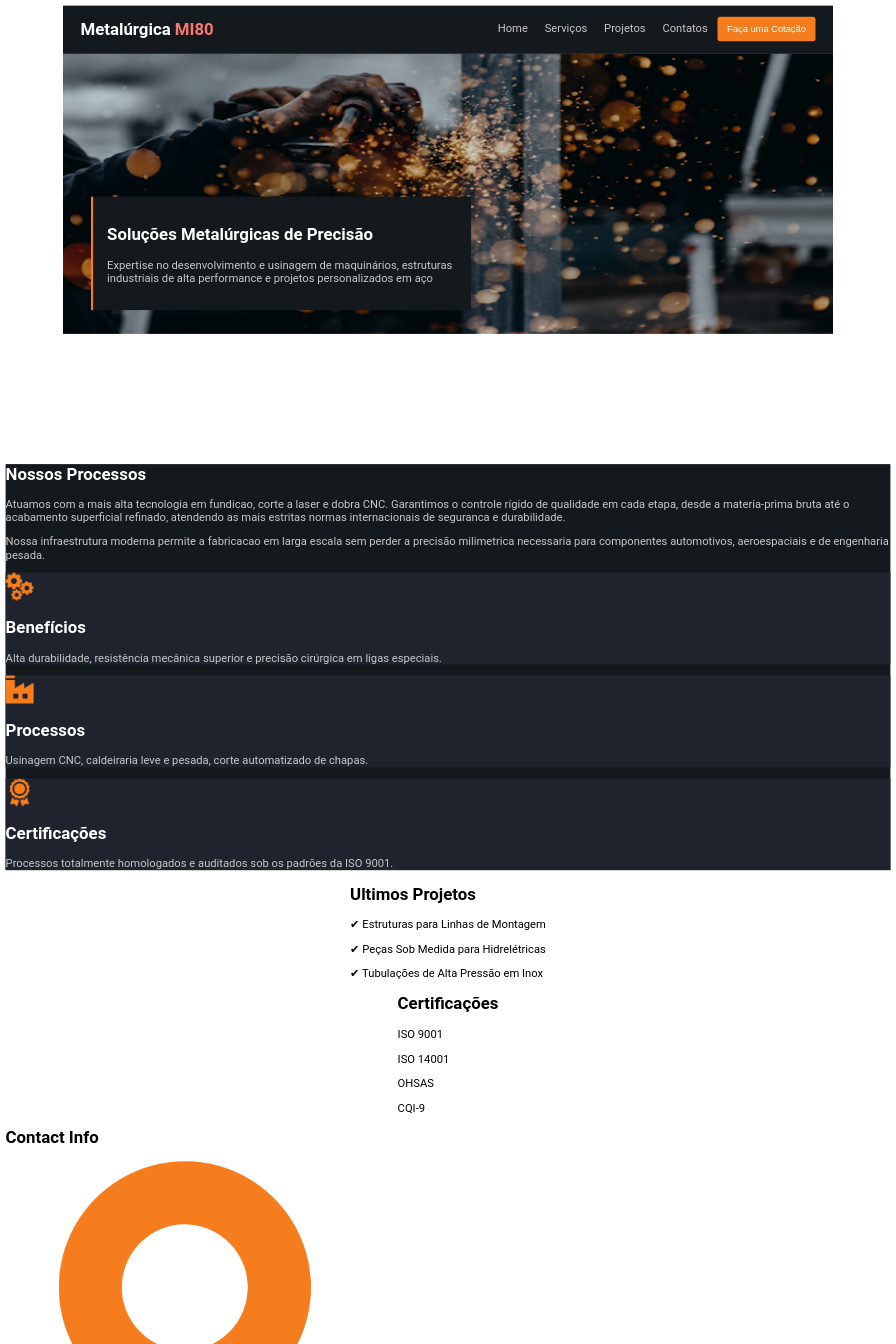
Repository: guiCherpinski/landing-page-metalurgica
Page: index.html
These files come from the project's save history. The page is drawn as it stood at one moment and after the next save; the edit follows.
The browser window is 1280 px wide. The pictures show the part of the page from y = 0 to 1920 px (the page is 4609 px tall), at 70% of full size.

Above is the page before, as saved 2026-06-03 20:13:15.

### index.html
<!DOCTYPE html>
<html lang="pt-br">
<head>
    <meta charset="UTF-8">
    <meta name="viewport" content="width=device-width, initial-scale=1.0">
    <title>Metalúrgica</title>
    <link rel="stylesheet" href="style.css">
</head>
<body>
    <header>
        <nav>
            <h1>Metalúrgica <span>MI80</span></h1>

            <div class = "buttons">
                <a href="/">Home</a>
                <a href="/">Serviços</a>
                <a href="/">Projetos</a>
                <a href="/">Contatos</a>
                <button>Faça uma Cotação</button>
            </div>
        </nav>
    </header>

    <main>
        <section class = "hero-section">
            <img src="./img/homem-serrando.png" alt="Foto de um Soldador">
            <div class = "text-hero">
                <h2>Soluções Metalúrgicas de Precisão</h2>
                <p>Expertise no desenvolvimento e usinagem de maquinários, estruturas industriais de alta performance e projetos personalizados em aço</p>
            </div>
        </section>
    </main>

    <section class = "our-process">

        <h2>Nossos Processos</h2>

        <p>Atuamos com a mais alta tecnologia em fundicao, corte a laser e dobra CNC. Garantimos o
            controle rígido de qualidade em cada etapa, desde a materia-prima bruta até o acabamento
            superficial refinado, atendendo as mais estritas normas internacionais de seguranca e
            durabilidade.
        </p>

        <p>Nossa infraestrutura moderna permite a fabricacao em larga escala sem perder a precisão
            milimetrica necessaria para componentes automotivos, aeroespaciais e de engenharia
            pesada.
        </p>


        <article class = "article-benefits">
            <img src="./img/settings-gears.png" alt="Icone de engrenagens">
            <h2>Benefícios</h2>
            <p>Alta durabilidade, resistência mecânica superior e precisão cirúrgica em ligas especiais.</p>
        </article>

        <article class = "article-process">
            <img src="./img/industry.png" alt="Icone de industria">
            <h2>Processos</h2>
            <p>Usinagem CNC, caldeiraria leve e pesada, corte automatizado de chapas.</p>
        </article>

        <article class = "article-certificates">
            <img src="./img/medal.png" alt="Icone de medalha">
            <h2>Certificações</h2>
            <p>Processos totalmente homologados e auditados sob os padrões da ISO 9001.</p>
        </article>
    </section>

    <section class = "last-projects">
        <h2>Ultimos Projetos</h2>
        <p>✔ Estruturas para Linhas de Montagem </p>
        <p>✔ Peças Sob Medida para Hidrelétricas</p>
        <p>✔ Tubulações de Alta Pressão em Inox</p>
    </section>

    <section class = "certificates">
        <h2>Certificações</h2>
        <p>ISO 9001</p>
        <p>ISO 14001</p>
        <p>OHSAS</p>
        <p>CQI-9</p>
    </section>


    <footer class = "rodape">
        <section>
            <h2>Contact Info</h2>

            <article>
                <img src="./img/placeholder.png" alt="Icone pin">
                <p>Setor Industrial, Galpão 04</p>
            </article>

            <article>
                <img src="./img/phone-call.png" alt="Icone de telefone">
                <p>(31) 6553-3352</p>
            </article>

            <article>
                <img src="./img/email.png" alt="Icone email">
                <p>contato@metalurgica-exemplo.com</p>
            </article>
        </section>

        <section>
            <h2>Quick Links</h2>
            <p>Política de Privacidade</p>
            <p>Trabalhe Conosco</p>
            <p>Portal do Cliente</p>
        </section>

        <section>
            <h2>Social Media</h2>
            <img src="./img/linkedin.png" alt="Icone linkedin">
            <img src="./img/instagram.png" alt="Icone instagram">
            <img src="./img/facebook.png" alt="Icone facebook">
            <img src="./img/youtube.png" alt="Icone youtube">
        </section>
    </footer>


</body>
</html>

### style.css
body{
    font-family: 'Roboto' , sans-serif;
    justify-items: center;
    /*background: #0A0A14;*/
}

header{
    background: #14191E;
    width: 1100px;
    border-bottom: 1px solid #2D2929;
}

header h1{
    color: white;
}

header h1 span {
    color: #FA776E;
}

header nav {
    display: flex;
    align-items: center;
    justify-content: space-between;
    margin-left: 25px;
    margin-right: 25px;
}

header nav a {
    margin-left: 10px;
    margin-right: 10px;
    text-decoration: none;
    color: #C8C8C8;
}


header button {
    width:140px;
    height: 35px;
    background: #F57D1E;
    border: none;
    border-radius: 4px;
    color: white;
}

header button:hover{
    cursor: pointer;
    background:#CC5500;
}

.hero-section img{
    width: 1100px;
    height: 400px;
}

.text-hero{
    background: #14191E;
    border-left: 3px solid #F57D1E;
    width: 500px;
    padding: 20px;
    position: relative;
    bottom: 200px;
    left: 40px;
}

.text-hero h2{
    color: white;
}

.text-hero p{
    color: #c8c8c8;
}

.our-process{
    background: #14191E;
    justify-content: center;
}

.our-process h2{
    color: white;
}

.our-process p{
    color: #c8c8c8;
}

.our-process img{
    width: 40px;
    height: 40px;
}

.article-benefits{
    background: #1E232D;
}

.article-process{
    background: #1E232D;
}

.article-certificates{
    background: #1E232D;
}

After the next save:
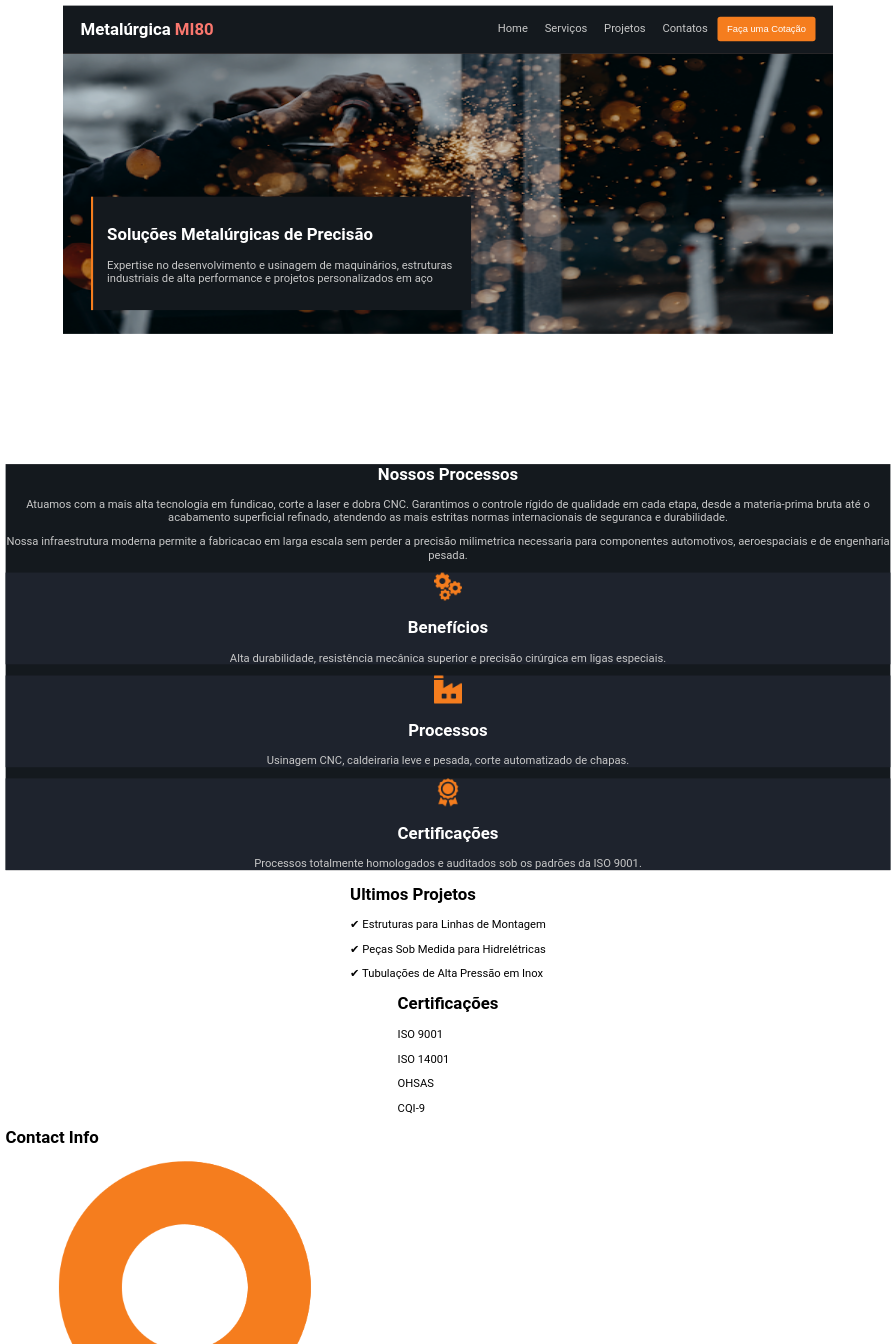
Saved 5 s later.
--- a/style.css
+++ b/style.css
@@ -73,7 +73,7 @@
 
 .our-process{
     background: #14191E;
-    justify-content: center;
+    text-align: center;
 }
 
 .our-process h2{

After the 2 saves that followed:
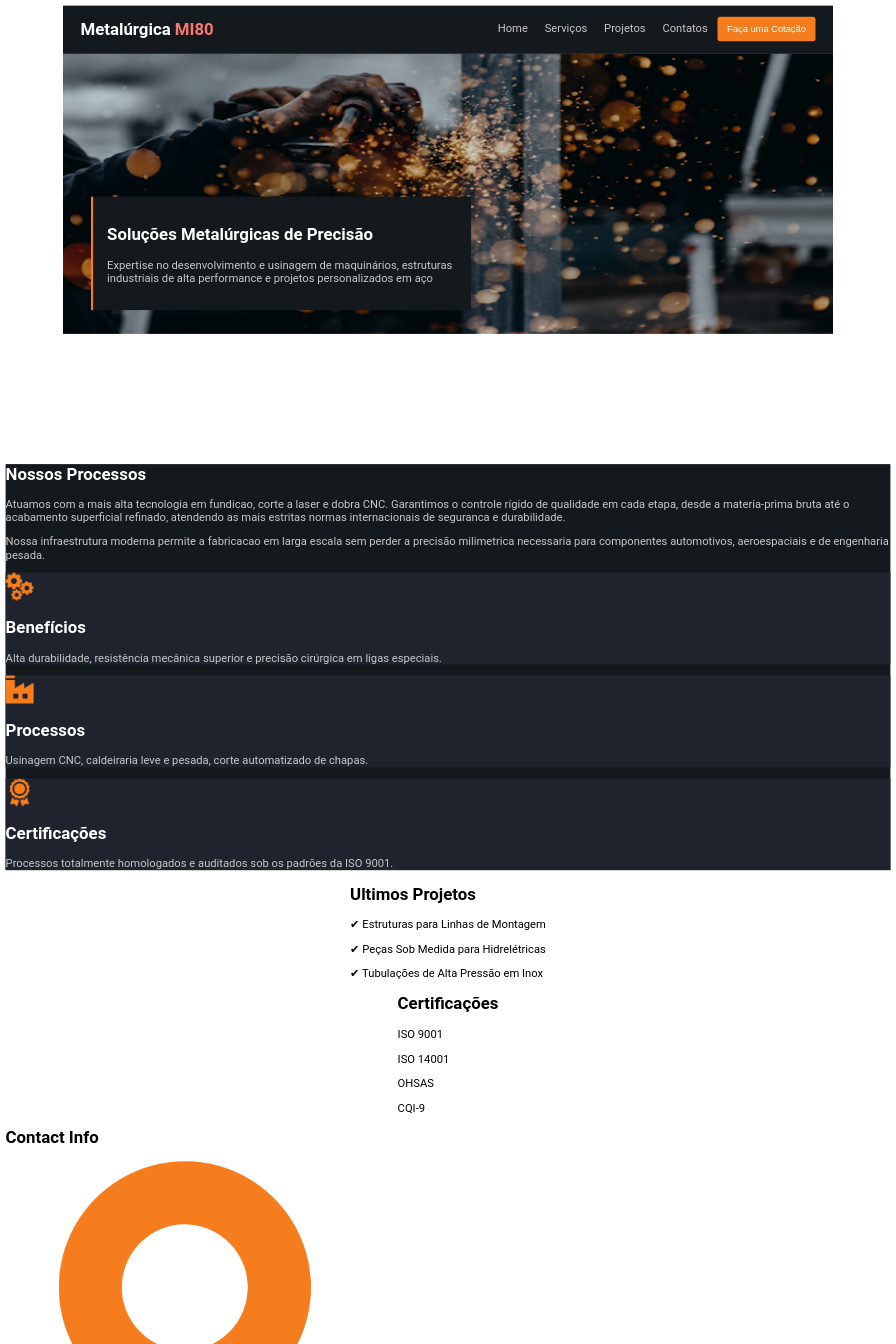
The 2 saves are shown as one change because they came seconds apart.
The last was saved 7 s later.
--- a/style.css
+++ b/style.css
@@ -73,7 +73,7 @@
 
 .our-process{
     background: #14191E;
-    text-align: center;
+
 }
 
 .our-process h2{
